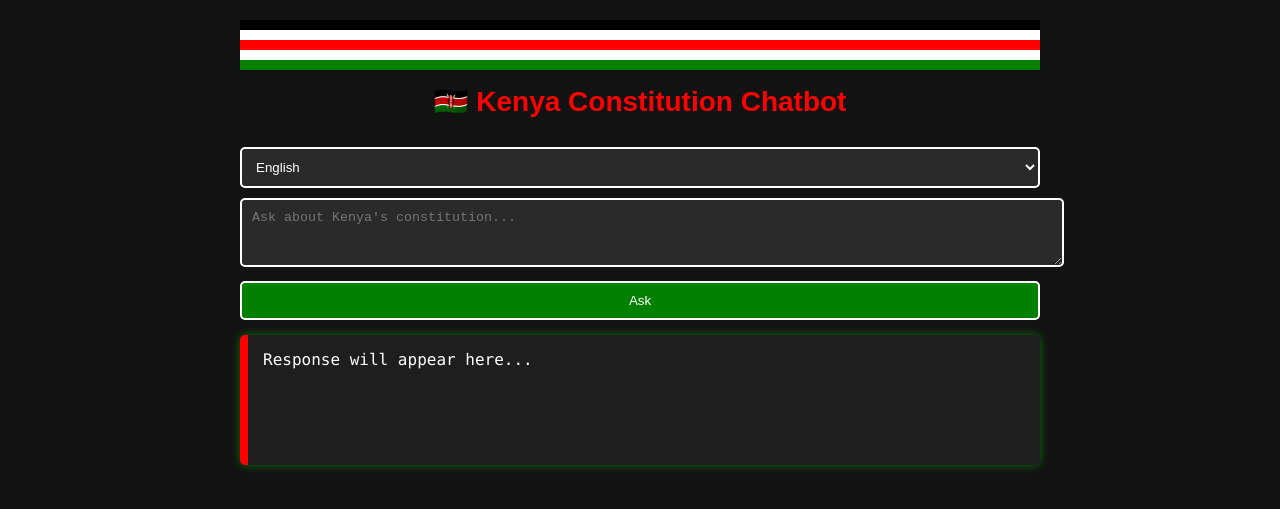
Repository: poip-boop/Bilingual-RAG-Chatbot-on-Constitution-of-Kenya
Page: index.html
An editor plug-in stored every save of this project. The page is shown before and after a run of saves, followed by the edit.
The browser window is 1280 px wide. The pictures show the whole page.

Above is the page before, as saved 2025-04-25 12:38:24.

### index.html
<!DOCTYPE html>
<html>
<head>
    <title>Kenya Constitution Chatbot</title>
    <style>
        body {
            font-family: Arial, sans-serif;
            background-color: #121212;
            color: #fff;
            max-width: 800px;
            margin: 0 auto;
            padding: 20px;
            border-radius: 10px;
        }

        .flag-stripe {
            height: 10px;
            width: 100%;
        }

        .black-stripe { background-color: black; }
        .red-stripe { background-color: red; }
        .white-stripe { background-color: white; }
        .green-stripe { background-color: green; }

        h1 {
            text-align: center;
            color: red;
            margin-top: 15px;
            font-size: 28px;
        }

        #response {
            background: #1e1e1e;
            padding: 15px;
            border-left: 8px solid red;
            border-radius: 5px;
            min-height: 100px;
            margin-top: 15px;
            white-space: pre-wrap;
            font-family: Consolas, monospace;
            box-shadow: 0px 0px 10px rgba(0,255,0,0.4);
        }

        textarea, select, button {
            width: 100%;
            padding: 10px;
            margin-top: 10px;
            border-radius: 5px;
            border: 2px solid white;
            background-color: #2a2a2a;
            color: white;
        }

        button {
            background: green;
            cursor: pointer;
            transition: background 0.3s;
        }

        button:hover {
            background: red;
        }
    </style>
</head>
<body>
    <div class="flag-stripe black-stripe"></div>
    <div class="flag-stripe white-stripe"></div>
    <div class="flag-stripe red-stripe"></div>
    <div class="flag-stripe white-stripe"></div>
    <div class="flag-stripe green-stripe"></div>

    <h1>🇰🇪 Kenya Constitution Chatbot</h1>

    <div>
        <select id="language">
            <option value="en">English</option>
            <option value="sw">Swahili</option>
        </select>
    </div>

    <textarea id="question" rows="3" placeholder="Ask about Kenya's constitution..."></textarea>
    <button onclick="ask()">Ask</button>

    <div id="response">Response will appear here...</div>

    <script>
        async function ask() {
            const question = document.getElementById('question').value;
            const language = document.getElementById('language').value;
            const responseDiv = document.getElementById('response');

            if (!question) {
                alert("Please enter a question");
                return;
            }

            responseDiv.innerHTML = "Thinking...";

            try {
                const response = await fetch('/ask', {
                    method: 'POST',
                    headers: { 'Content-Type': 'application/json' },
                    body: JSON.stringify({ question: question, language: language })
                });

                const data = await response.json();
                let text = data.answer;
                responseDiv.innerHTML = "";

                let i = 0;
                function typeWriter() {
                    if (i < text.length) {
                        responseDiv.innerHTML += text.charAt(i);
                        i++;
                        setTimeout(typeWriter, 15);
                    }
                }
                typeWriter();

            } catch (error) {
                responseDiv.innerHTML = "Error: " + error.message;
            }
        }
    </script>
</body>
</html>

After the next 2 saves:
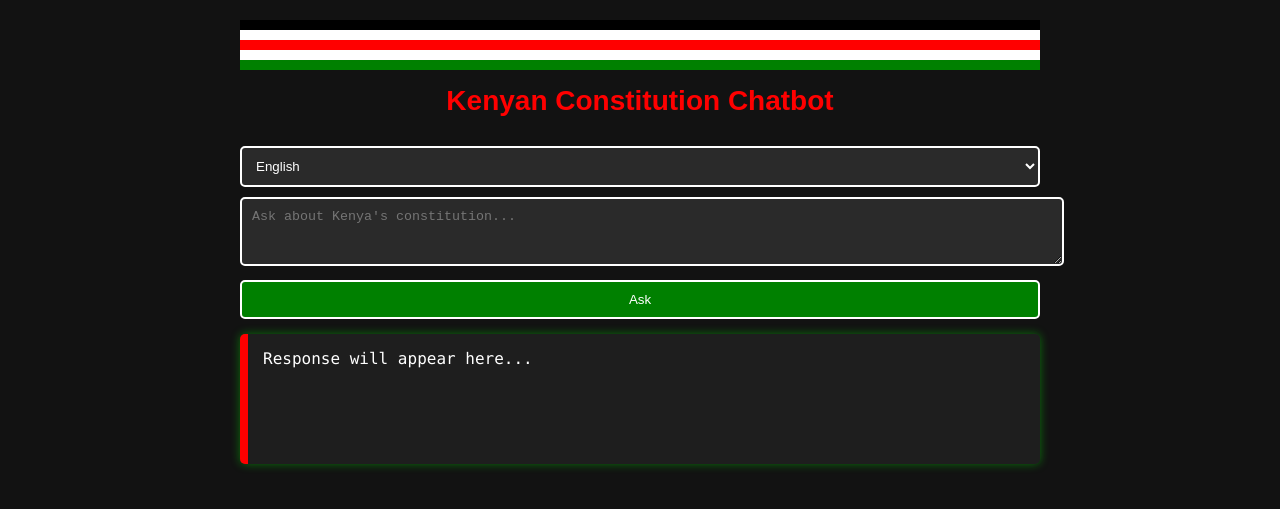
The 2 saves are shown as one change because they came seconds apart.
The last was saved 13 min 52 s later.
--- a/index.html
+++ b/index.html
@@ -70,7 +70,7 @@
     <div class="flag-stripe white-stripe"></div>
     <div class="flag-stripe green-stripe"></div>
 
-    <h1>🇰🇪 Kenya Constitution Chatbot</h1>
+    <h1>Kenyan Constitution Chatbot</h1>
 
     <div>
         <select id="language">
